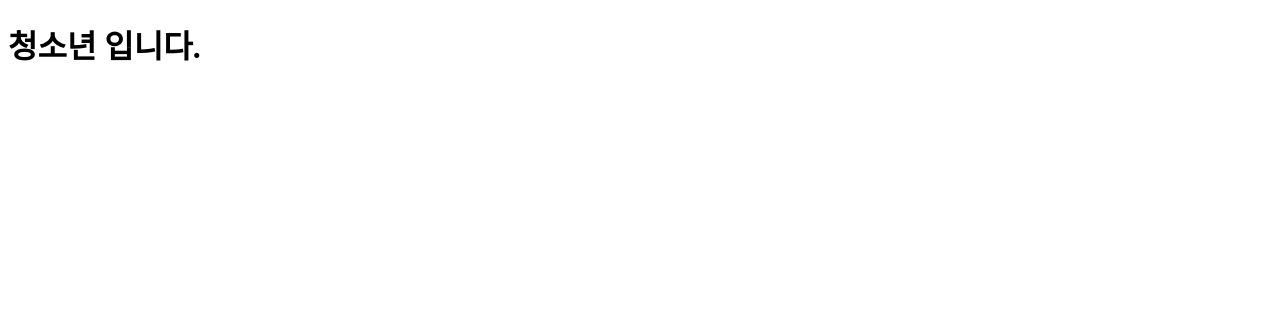
Repository: lee-ruru/jsp_practice
Page: http://localhost/JSPBasic/JspObject/4.objecttest/bus_junior.jsp
These files come from the project's save history. The page is drawn as it stood at one moment and after the next save; the edit follows.
The browser window is 1280 px wide. The pictures show the whole page.
The page is served by Tomcat 9.

Above is the page before, as saved 2022-02-07 05:35:30.

After the next save:
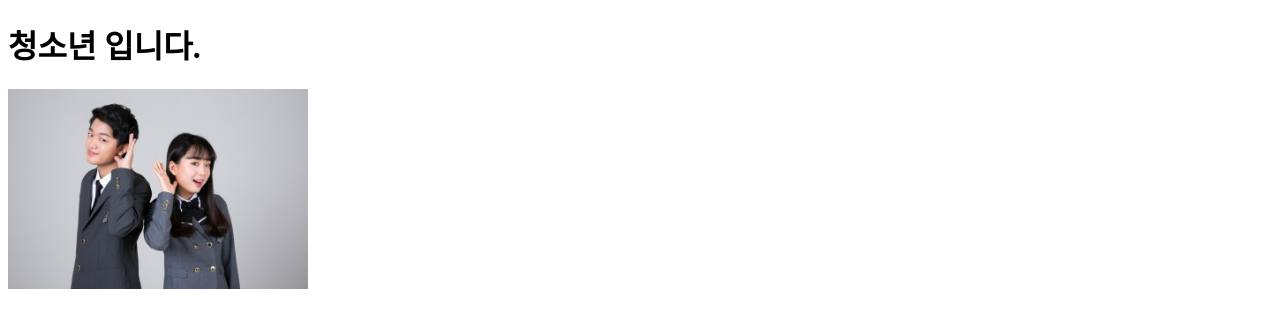
Saved 9 min 36 s later.
--- a/JSPBasic/src/main/webapp/JspObject/4.objecttest/bus_junior.jsp
+++ b/JSPBasic/src/main/webapp/JspObject/4.objecttest/bus_junior.jsp
@@ -8,5 +8,6 @@
 </head>
 <body>
 	<h1>청소년 입니다.</h1>
+	<img src="junior.jpg" width="300px" height="200px">
 </body>
 </html>
